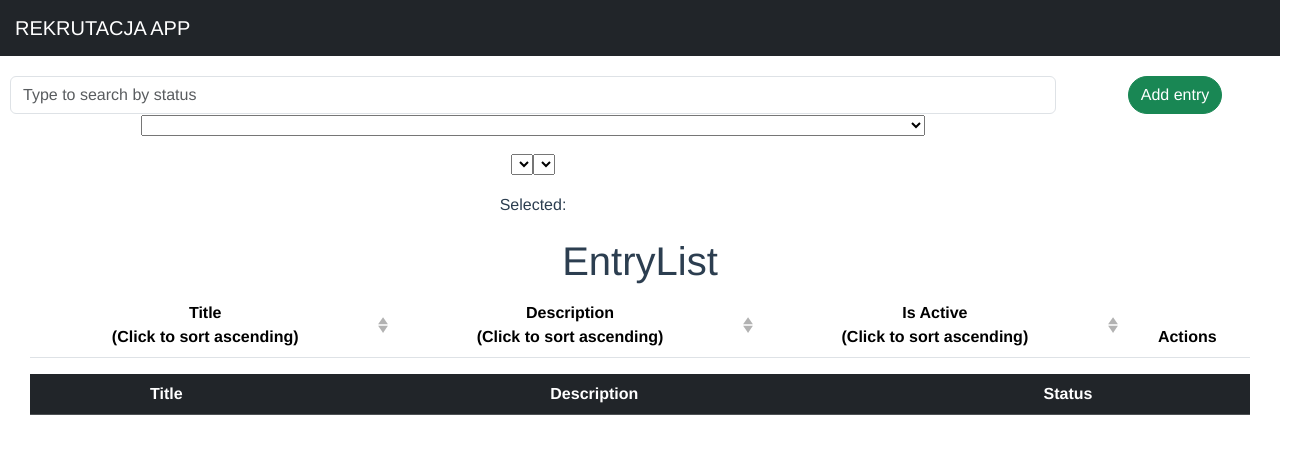
Repository: Madaless/vue_elastic
Page: / (app in vuejsapp/crudapp/)
These files come from the project's save history. The page is drawn as it stood at one moment and after the next save; the edit follows.
The browser window is 1280 px wide. The page is 1292 px wide, so the pictures cover 1292 px, including what lies to the right of the window. The pictures show the whole page.
The page's requests for data from a server got no answer. The project was rebuilt for these pictures with package versions that can differ from the ones it lists, and the page was loaded fresh each time. No one was signed in, and anything a server would have sent is missing.

Above is the page before, as saved 2021-09-12 17:30:21.

### vuejsapp/crudapp/src/main.js
import Vue from 'vue'
import App from './App.vue'
import store from  './store/index'
import { BootstrapVue, IconsPlugin } from 'bootstrap-vue'

// Import Bootstrap an BootstrapVue CSS files (order is important)
import 'bootstrap/dist/css/bootstrap.css'
import 'bootstrap-vue/dist/bootstrap-vue.css'

// Make BootstrapVue available throughout your project
Vue.use(BootstrapVue)
// Optionally install the BootstrapVue icon components plugin
Vue.use(IconsPlugin)

Vue.config.productionTip = false

new Vue({
  store,
  render: h => h(App),
}).$mount('#app')

### vuejsapp/crudapp/src/App.vue
<template>
  <div id="app">
    <b-navbar class="navbar navbar-expand navbar-dark bg-dark">
      <b-navbar-brand id="header" href="#">REKRUTACJA APP</b-navbar-brand>
    </b-navbar>

    <b-row id = "filterEntry">
      <b-col sm="10"><FilterEntry /></b-col>
      <b-col sm="2"><AddEntry /></b-col>
    </b-row>

    <EntryList />
  </div>
</template>

<script>
import AddEntry from "./components/AddEntry.vue";
import FilterEntry from "./components/FilterEntry.vue";
import EntryList from "./components/EntryList.vue";

export default {
  name: "App",
  components: {
    AddEntry,
    FilterEntry,
    EntryList,
  },
};
</script>

<style>
#app {
  font-family: Avenir, Helvetica, Arial, sans-serif;
  -webkit-font-smoothing: antialiased;
  -moz-osx-font-smoothing: grayscale;
  text-align: center;
  color: #2c3e50;
}
#header {
  padding-left: 15px;
}

#filterEntry {
    padding-top: 20px;
    padding-bottom: 20px;
    padding-left: 10px;
    padding-right: 10px;
}
</style>

### vuejsapp/crudapp/src/store/index.js
import Vuex from 'vuex';
import Vue from 'vue';
import entryList from './modules/entryList';

Vue.use(Vuex);

export default new Vuex.Store({
    modules: {
        entryList
    }
})

### vuejsapp/crudapp/src/components/AddEntry.vue
<template>
  <div>
    <b-button pill block variant="success">Add entry</b-button>
  </div>
</template>

<script>
export default {
  setup() {},
};
</script>

<style scoped>
</style>

### vuejsapp/crudapp/src/components/FilterEntry.vue
<template>
  <div>
    <b-form-input
      id="filter-input"
      v-model="filter"
      type="search"
      placeholder="Type to search by status"
    ></b-form-input>

    <b-form-select
      id="sort-by-select"
      v-model="sortBy"
      :options="sortOptions"
      :aria-describedby="ariaDescribedby"
      class="w-75">
      <template #first>
        <option value="">-- none --</option>
      </template>
    </b-form-select>

  <div>
    <b-form-select v-model="selected" :options="options"></b-form-select>
    <b-form-select v-model="selected" :options="options" size="sm" class="mt-3"></b-form-select>
    <div class="mt-3">Selected: <strong>{{ selected }}</strong></div>
  </div>


  </div>
</template>

<script>
export default {
  setup() {},
  data() {
      return {
          sortOptions: ["no","yes"]
      }
  }
};
</script>

<style scoped>
</style>

### vuejsapp/crudapp/src/components/EntryList.vue
<template>
  <div id="entryList">
    <h1>EntryList</h1>

    <div class="todos">
      <b-table :items="entryList" :fields="fields">
        <template #cell(name)="row">
          {{ row.value.first }} {{ row.value.last }}
        </template>

        <template #cell(actions)="row">
          <b-button
            pill
            size="sm"
            @click="info(row.item, row.index, $event.target)"
            class="mr-1"
          >
            Info modal
          </b-button>
          <b-button size="sm" pill @click="row.toggleDetails">
            {{ row.detailsShowing ? "Hide" : "Show" }} Details
          </b-button>
          <b-button size="sm" pill block variant="danger"
            >Delete entry</b-button>
        </template>

        <template #row-details="row">
          <b-card>
            <ul>
              <li v-for="(value, key) in row.item" :key="key">
                {{ key }}: {{ value }}
              </li>
            </ul>
          </b-card>
        </template>
      </b-table>
      <table class="table table-striped table-dark">
        <thead>
          <tr>
            <th>Title</th>
            <th>Description</th>
            <th>Status</th>
          </tr>
        </thead>
        <tbody>
          <tr v-for="entry in entryList" v-bind:key="entry.key">
            <td>{{ entry.title }}</td>
          </tr>
        </tbody>
      </table>
    </div>
  </div>
</template>

<script>
import { mapGetters, mapActions } from "vuex";

export default {
  name: "EntryList",
  methods: {
    ...mapActions(["fetchEntryList"]),
  },
  computed: mapGetters(["entryList"]),
  created() {
    this.fetchEntryList();
  },
  data() {
    return {
      items: [
        {
          isActive: true,
          age: 40,
          name: { first: "Dickerson", last: "Macdonald" },
        },
        { isActive: false, age: 21, name: { first: "Larsen", last: "Shaw" } },
        {
          isActive: false,
          age: 9,
          name: { first: "Mini", last: "Navarro" },
          _rowVariant: "success",
        },
        { isActive: false, age: 89, name: { first: "Geneva", last: "Wilson" } },
        { isActive: true, age: 38, name: { first: "Jami", last: "Carney" } },
        { isActive: false, age: 27, name: { first: "Essie", last: "Dunlap" } },
        { isActive: true, age: 40, name: { first: "Thor", last: "Macdonald" } },
        {
          isActive: true,
          age: 87,
          name: { first: "Larsen", last: "Shaw" },
          _cellVariants: { age: "danger", isActive: "warning" },
        },
        { isActive: false, age: 26, name: { first: "Mitzi", last: "Navarro" } },
        {
          isActive: false,
          age: 22,
          name: { first: "Genevieve", last: "Wilson" },
        },
        { isActive: true, age: 38, name: { first: "John", last: "Carney" } },
        { isActive: false, age: 29, name: { first: "Dick", last: "Dunlap" } },
      ],
      fields: [
        {
          key: "title",
          label: "Title",
          sortable: true,
          sortDirection: "desc",
        },
        {
          key: "description",
          label: "Description",
          sortable: true,
          class: "text-center",
        },
        {
          key: "isActive",
          label: "Is Active",
          formatter: (value) => {
            return value ? "Yes" : "No";
          },
          sortable: true,
          sortByFormatted: true,
          filterByFormatted: true,
        },
        { key: "actions", label: "Actions" },
      ],
    };
  },
};
</script>

<style scoped>
#entryList {
  padding-left: 30px;
  padding-right: 30px;
}
</style>

### vuejsapp/crudapp/src/store/modules/entryList.js
import axios from 'axios';

const state = {
  entryList: []
};
// get the state
const getters = {
  entryList: (state) => {
    return state.entryList
  }
};

const actions = {
    // fetch from api
  async fetchEntryList({ commit }) {
    const response = await axios.get('https://jsonplaceholder.typicode.com/todos');

    commit('setEntryList', response.data);
  }
}

const mutations = {
    setEntryList: (state, entryList) => (state.entryList = entryList)
};

export default {
    state,
    getters,
    actions,
    mutations
};

Loaded but not shown: vuejsapp/crudapp/public/index.html (common file)

After the next save:
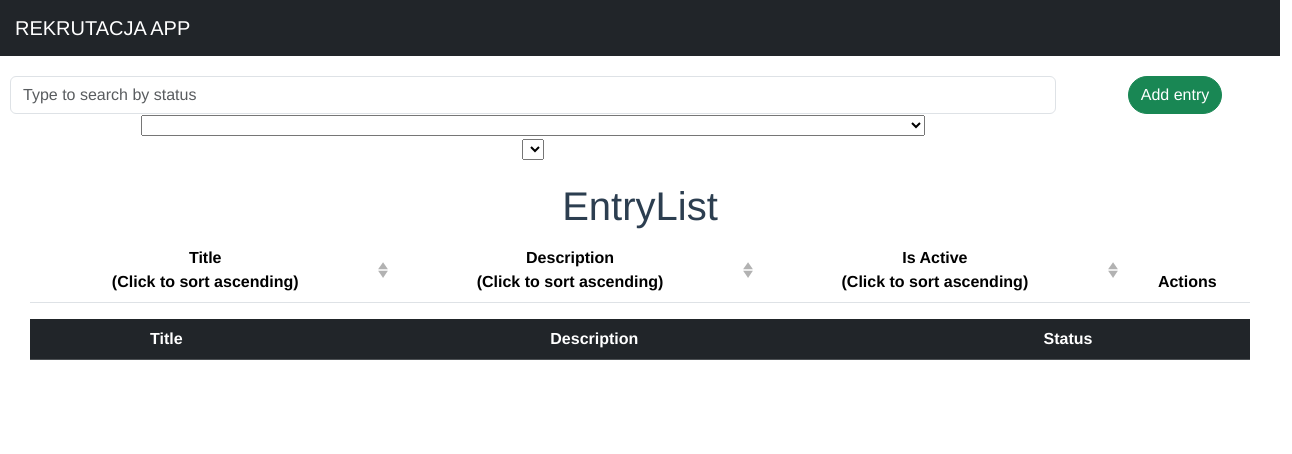
Saved 79 s later.
--- a/vuejsapp/crudapp/src/components/FilterEntry.vue
+++ b/vuejsapp/crudapp/src/components/FilterEntry.vue
@@ -19,9 +19,7 @@
     </b-form-select>
 
   <div>
-    <b-form-select v-model="selected" :options="options"></b-form-select>
-    <b-form-select v-model="selected" :options="options" size="sm" class="mt-3"></b-form-select>
-    <div class="mt-3">Selected: <strong>{{ selected }}</strong></div>
+    <b-form-select size="xl" v-model="selected" :options="options"></b-form-select>
   </div>
 
 
